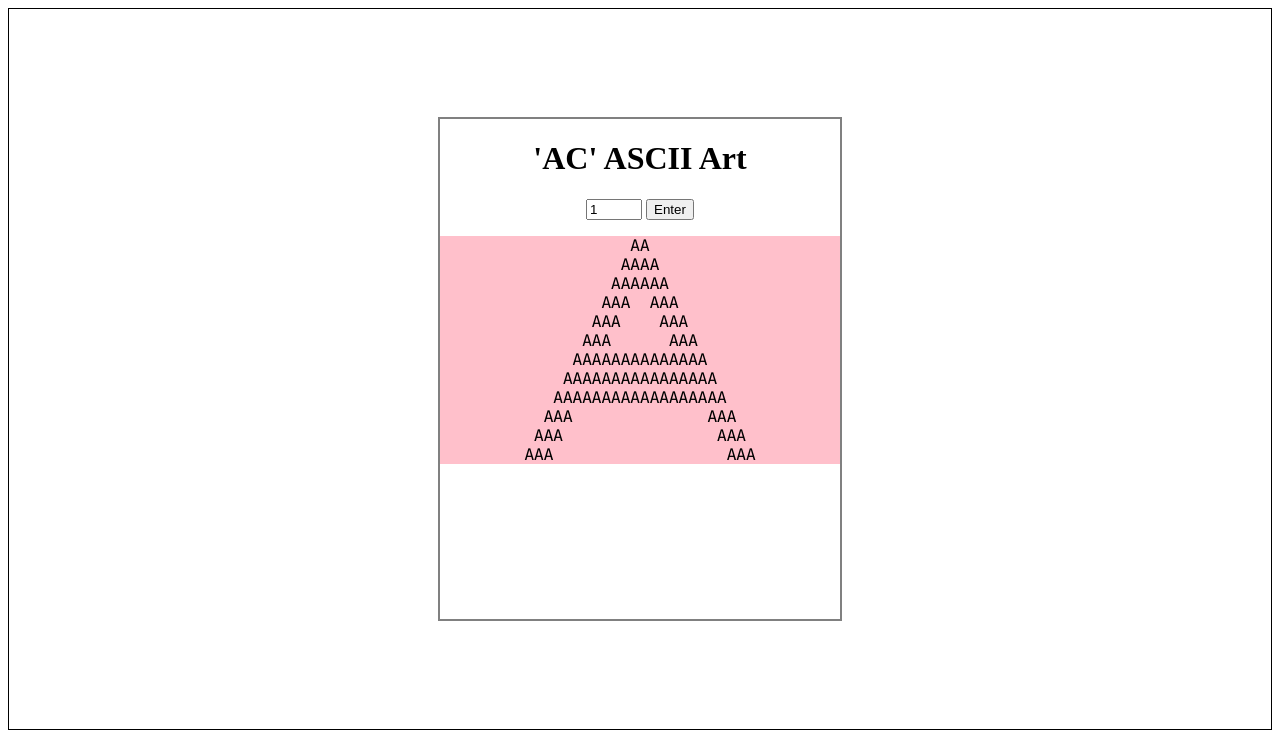
Repository: Achorn/ascii-art
Page: index.html
These files come from the project's save history. The page is drawn as it stood at one moment and after the next save; the edit follows.
The browser window is 1280 px wide. The pictures show the whole page.

Above is the page before, as saved 2021-08-09 17:41:39.

### index.html
<!DOCTYPE html>
<html lang="en">
  <head>
    <link rel="stylesheet" href="styles.css" />
    <meta charset="UTF-8" />
    <meta http-equiv="X-UA-Compatible" content="IE=edge" />
    <meta name="viewport" content="width=device-width, initial-scale=1.0" />
    <title>Document</title>
  </head>
  <body>
    <form>
      <h1>'AC' ASCII Art</h1>
      <input type="number" min="1" value="1" max="10" />
      <button>Enter</button>
      <div id="ascii">
        <div id="a-container">
          <p id="mono-a" style="font-family: 'Lucida Console', monospace"></p>
        </div>
        <div id="c-container">
          <p id="mono-c" style="font-family: 'Lucida Console', monospace"></p>
        </div>
      </div>
    </form>
    <script type="text/javascript" src="myscripts.js"></script>
  </body>
</html>

### styles.css
body {
  border: 1px solid black;
  display: flex;
  flex-direction: column;
  justify-content: center;
  align-items: center;
  height: 100vh;
}

form {
  border: 2px solid grey;
  height: 500px;
  width: 400px;
  text-align: center;
}

.ascii {
  border-radius: 1px solid black;
}

#a-container {
  background-color: pink;
}
#c-container {
  background-color: pink;
}
#mono-a {
  /* font-size: 25.5vw; */

  white-space: pre;
}
#mono-c {
  white-space: pre;
}

### myscripts.js
let four = [
  [" ", " ", " ", "A"],
  [" ", " ", "A", " "],
  [" ", "A", "A", "A"],
  ["A", " ", " ", " "],
];

let eight = [
  [
    " ",
    " ",
    " ",
    " ",
    " ",
    " ",
    " ",
    "A",
    "A",
    " ",
    " ",
    " ",
    " ",
    " ",
    " ",
    " ",
  ],
  [
    " ",
    " ",
    " ",
    " ",
    " ",
    " ",
    "A",
    "A",
    "A",
    "A",
    " ",
    " ",
    " ",
    " ",
    " ",
    " ",
  ],
  [
    " ",
    " ",
    " ",
    " ",
    " ",
    "A",
    "A",
    " ",
    " ",
    "A",
    "A",
    " ",
    " ",
    " ",
    " ",
    " ",
  ],
  [
    " ",
    " ",
    " ",
    " ",
    "A",
    "A",
    "A",
    "A",
    "A",
    "A",
    "A",
    "A",
    " ",
    " ",
    " ",
    " ",
  ],
  [
    " ",
    " ",
    " ",
    "A",
    "A",
    "A",
    "A",
    "A",
    "A",
    "A",
    "A",
    "A",
    "A",
    " ",
    " ",
    " ",
  ],
  [
    " ",
    " ",
    "A",
    "A",
    " ",
    " ",
    " ",
    " ",
    " ",
    " ",
    " ",
    " ",
    "A",
    "A",
    " ",
    " ",
  ],
  [
    " ",
    "A",
    "A",
    " ",
    " ",
    " ",
    " ",
    " ",
    " ",
    " ",
    " ",
    " ",
    " ",
    "A",
    "A",
    " ",
  ],
  [
    "A",
    "A",
    " ",
    " ",
    " ",
    " ",
    " ",
    " ",
    " ",
    " ",
    " ",
    " ",
    " ",
    " ",
    "A",
    "A",
  ],
];

function scaleSpread(array, factor) {
  const scaled = [];

  for (const row of array) {
    let x = [];

    for (const item of row) x.push(...Array(factor).fill(item));

    scaled.push(...Array(factor).fill(x));
  }

  return scaled;
}
let sixteen = scaleSpread(eight, 2);

function arrToString(arr) {
  let string = "";
  for (let i = 0; i < arr.length; i++) {
    string += arr[i].join("") + "<br>";
  }
  return string;
}

function halfArrToString(arr) {
  let string = "";
  for (let i = 0; i < arr.length; i++) {
    string += arr[i].join("");
    let rev = arr[i].slice();
    string += rev.reverse().join("");
    string += "<br>";
  }
  return string;
}
function trimA(arr, lWidth) {
  for (i = 0; i < arr.length; i++) {
    let disp = lWidth - (i % lWidth) - 1;
    let newArr = arr[i].slice();
    for (let j = 0; j < disp; j++) {
      newArr.pop();
      newArr.unshift(" ");
    }
    arr[i] = newArr;
  }
}

let monoA = document.getElementById("mono-a");
let monoC = document.getElementById("mono-c");
let scale = 3;
let scaled = scaleSpread(four, scale);
trimA(scaled, scale);

// mono.innerHTML = halfArrToString(scaleSpread(four, 7));
monoC.innerHTML = halfArrToString(scaled);
// mono.innerHTML += arrToString(scaleSpread(eight, 1));

After the next save:
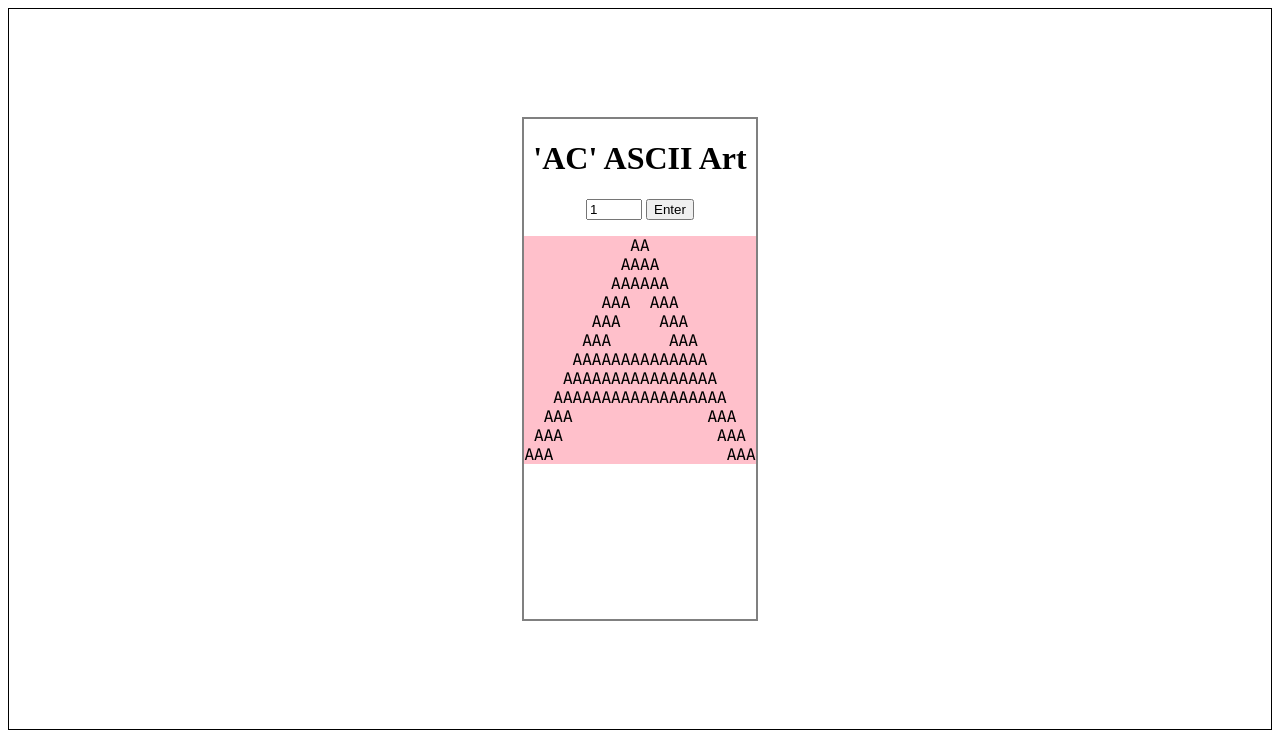
Saved 13 s later.
--- a/styles.css
+++ b/styles.css
@@ -10,7 +10,7 @@ body {
 form {
   border: 2px solid grey;
   height: 500px;
-  width: 400px;
+  /* width: 400px; */
   text-align: center;
 }
 
